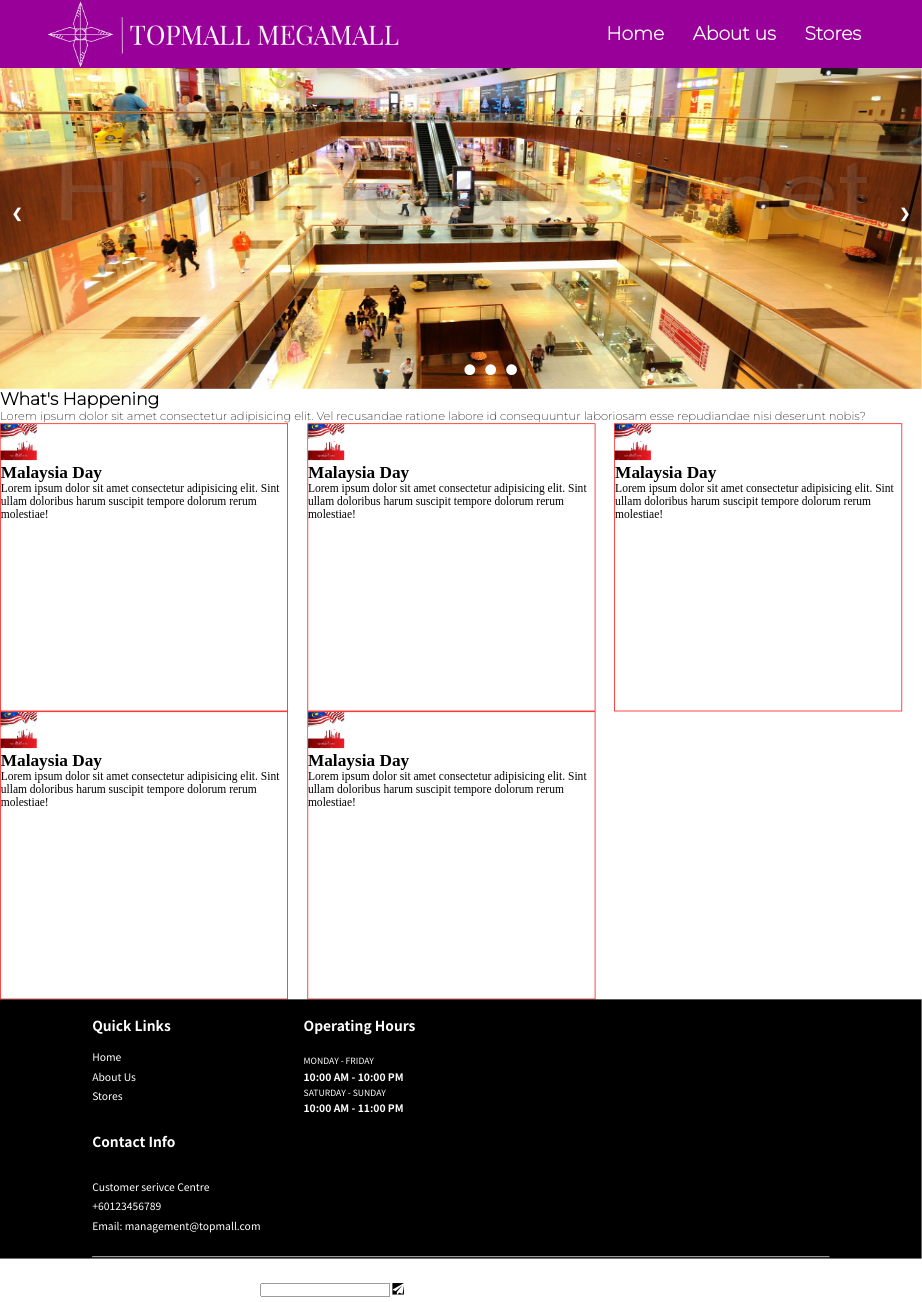
Repository: Jack0Bong/Web-Dev-Assignment
Page: index.html
The author's editor kept a copy of each file at every save. The page is drawn from the files as they stood at one save, then again after the next save.
The browser window is 1280 px wide. The pictures show the whole page, at 72% of full size.

Above is the page before, as saved 2021-09-02 01:38:05.

### index.html
<!DOCTYPE html>
<html lang="en">
    <head>
        <meta charset="UTF-8">
        <meta http-equiv="X-UA-Compatible" content="IE=edge">
        <meta name="viewport" content="width=device-width, initial-scale=1.0">
        <title>Topmall Megamall</title>

        <!-- fonts link -->
        <link href="https://fonts.googleapis.com/css2?family=Montserrat:wght@200&display=swap" rel="stylesheet">
        <link href="https://fonts.googleapis.com/css2?family=Pacifico&display=swap" rel="stylesheet">
        <link href="https://fonts.googleapis.com/css2?family=Caveat&family=Pacifico&display=swap" rel="stylesheet">
        <link href="https://fonts.googleapis.com/css2?family=Roboto&display=swap" rel="stylesheet">
        <link href="https://fonts.googleapis.com/css2?family=Poppins:wght@200&display=swap" rel="stylesheet">
        <link href="https://fonts.googleapis.com/css2?family=Noto+Sans+TC:wght@300&display=swap" rel="stylesheet">

        <!-- icon link -->
        <link rel="stylesheet" href="https://cdnjs.cloudflare.com/ajax/libs/font-awesome/4.7.0/css/font-awesome.min.css">

        <!-- style sheets link -->
        <link rel="stylesheet" href="css/navbar.css">
        <link rel="stylesheet" href="css/index.css">
    </head>
<body>
    <!-- navigation bar -->
    <nav class="nav">
        <img src="Assets/topmall-white.png" alt="Topmall" class="logo">
        <ul class="navlist">
            <!-- links added here -->
            <li><a href="" class="navlink">Home</a></li>
            <li><a href="" class="navlink">About us</a></li>
            <li><a href="" class="navlink">Stores</a></li>
        </ul>
    </nav>

    <!-- carousel with three images -->
    <section>
        <div class="carousel">

            <div class="slides fade">
                <img src="Assets/slide-one.jpg" alt="">
                <div class="slideText">Slide One</div>
            </div>

            <div class="slides fade">
                <img src="Assets/slide-two.jpg" alt="">
                <div class="slideText">Slide One</div>
            </div>

            <div class="slides fade">
                <img src="Assets/slide-three.jpg" alt="">
                <div class="slideText">Slide One</div>
            </div>

            <a onclick="slideController(-1)" class="prevslide">&#10094;</a>
            <a onclick="slideController(1)" class="nextslide">&#10095;</a>

            <div class="slidedot">
                <span onclick="dotController(1)" class="dot"></span>
                <span onclick="dotController(2)" class="dot"></span>
                <span onclick="dotController(3)" class="dot"></span>
            </div>

        </div>
    </section>

    <section class="events-section">
        <div class="event-title">
            <h1>What's Happening</h1>
            <span>Lorem ipsum dolor sit amet consectetur adipisicing elit. Vel recusandae ratione labore id consequuntur laboriosam esse repudiandae nisi deserunt nobis?</span>
        </div>

        <div class="card-view">

            <div class="card">
                <img src="Assets/event-one.jpg" alt="">
                <h2>Malaysia Day</h2>
                <span>Lorem ipsum dolor sit amet consectetur adipisicing elit. Sint ullam doloribus harum suscipit tempore dolorum rerum molestiae!</span>
            </div>
            <div class="card">
                <img src="Assets/event-one.jpg" alt="">
                <h2>Malaysia Day</h2>
                <span>Lorem ipsum dolor sit amet consectetur adipisicing elit. Sint ullam doloribus harum suscipit tempore dolorum rerum molestiae!</span>
            </div>
            <div class="card">
                <img src="Assets/event-one.jpg" alt="">
                <h2>Malaysia Day</h2>
                <span>Lorem ipsum dolor sit amet consectetur adipisicing elit. Sint ullam doloribus harum suscipit tempore dolorum rerum molestiae!</span>
            </div>
            <div class="card">
                <img src="Assets/event-one.jpg" alt="">
                <h2>Malaysia Day</h2>
                <span>Lorem ipsum dolor sit amet consectetur adipisicing elit. Sint ullam doloribus harum suscipit tempore dolorum rerum molestiae!</span>
            </div>
            <div class="card">
                <img src="Assets/event-one.jpg" alt="">
                <h2>Malaysia Day</h2>
                <span>Lorem ipsum dolor sit amet consectetur adipisicing elit. Sint ullam doloribus harum suscipit tempore dolorum rerum molestiae!</span>
            </div>

        </div>
    </section>


    <!-- footer element -->
    <footer>
        <div class="footer-upper">
            <div class="footer-content">
                <h1 class="footer-title">Quick Links</h1>
                <a href="">Home</a>
                <a href="">About Us</a>
                <a href="">Stores</a>
            </div>
            <div class="footer-content">
                <h1 class="footer-title">Operating Hours</h1>
                <span style="font-size: 0.75em;">MONDAY - FRIDAY</span>
                <h2>10:00 AM - 10:00 PM</h2>
                <span style="font-size: 0.75em;">SATURDAY - SUNDAY</span>
                <h2>10:00 AM - 11:00 PM</h2>
            </div>
            <div class="footer-content">
                <h1 class="footer-title">Contact Info</h1>
                <span>Customer serivce Centre</span>
                <a href="tel:0123456789">+60123456789</a>
                <a href="mailto:someone@example.com">Email: management@topmall.com</a>
            </div>
            <hr>
        </div>
        <div class="footer-lower">
            <div class="footer-email">
                <span style="color: white;">Sign up for Topmall Newsletter</span>
                <form action="" method="post"> <input type="email" name="" id=""> <button type="submit" style="background-color:black;border:none;font-size: 0.5em;"><i class="fa fa-paper-plane"></i></button> </form>
            </div>
            <div class="footer-social">
                <a href="" class="fa fa-facebook-square"></a>
                <a href="" class="fa fa-twitter-square"></a>
                <a href="" class="fa fa-youtube-square"></a>
                <a href="" class="fa fa-instagram"></a>
                <a href="" class="fa fa-reddit"></a>
            </div>
        </div>
    </footer>


    <script src="Js/navbar.js"></script>
    <script src="Js/carousel.js"></script>
</body>
</html>

### css/navbar.css
*{
    padding: 0px;
    margin: 0px;
    box-sizing: border-box;
}

body{
    min-height: 100vh;
    display: flex;
    flex-direction: column;
}


/* Navigation bar style */
nav{
    position: fixed;
    width: 100%;
    height: 13vh;
    display: flex;
    justify-content: space-between;
    transition: 0.3s ease-in-out;
    background-color: #990099;
    opacity: 80%;
    z-index: 999;
}

nav:hover{
    width: 100%;
    height: 13vh;
    opacity: 100%;
}

.shrink{
    height: 9vh;
    background-color: #990099;
}

.logo{
    padding-left: 5vw;
}

.navlist{
    display: flex;
    align-items: center;
    padding-right: 5vw;
}

.navlist li{
    list-style: none;
    padding: 0px 20px;
}

.navlink{
    position: relative;
    color: white;
    font-size: 26px;
    font-weight: 700;
    text-decoration: none;
    font-family: montserrat;
}

.navlink:hover {
    color: white;
}

.navlink::before {
    content: "";
    position: absolute;
    display: block;
    width: 100%;
    height: 2px;
    bottom: 0;
    left: 0;
    background-color: white;
    transform: scaleX(0);
    transition: transform 0.3s ease;
  }

.navlink:hover::before {
    transform: scaleX(1);
}

.navbar-padding{
    width: 100%;
    height: 13vh;
}


/* footer styling */
footer{
    margin-top: auto;
    background-color: black;
    height: 50vh;
}

.footer-upper{
    width: 80%;
    display: flex;
    flex-direction: row;
    justify-content: start;
    margin-left: 10%;
    flex-wrap: wrap;
}

.footer-content{
    display: flex;
    flex-direction: column;
    margin-top: 3vh;
    color: white;
    font-family: 'Noto Sans TC', sans-serif;
    margin-right: 18%;
}

.footer-title{
    margin-bottom: 15%;
    font-size: 1.2em;
}

.footer-content a{
    font-size: 0.9em;
    text-decoration: none;
    color: white;
    padding: 3px 0px 3px 0px;
}

.footer-content span{
    padding: 3px 0px 3px 0px;
    font-size: 0.9em;
    font-family: 'Noto Sans TC', sans-serif;
}

.footer-content h2{
    font-size: 0.9em;
}

.footer-upper hr{
    margin: 3% 0px 3% 0px;
    flex-basis: 100%;
    border: none;
    border-top: 0.1px solid white;
}

.footer-lower{
    width: 80%;
    display: flex;
    flex-direction: row;
    justify-content: space-between;
    margin-left: 10%;
    flex-wrap: wrap;
}

.footer-email{
    font-family: 'Noto Sans TC', sans-serif;
}

.footer-email form{
    display: inline;
    width: fit-content;
}


.footer-social a{
    text-decoration: none;
}

.fa{
    color: white;
    font-size: 2em;
}

### css/index.css
/* Carousel css */
.carousel{
    position: relative;
    width: 100%;
    height: 75vh;
}

.slides{
    display: none;
    width: 100%;
    height: 100%;
}

.slides img{
    width: 100%;
    height: 100%;
}

.prevslide,.nextslide{
    position: absolute;
    top: 50%;
    width: auto;
    padding: 16px;
    color: white;
    font-weight: bold;
    font-size: 18px;
    transition: 0.6s ease;
    border-radius: 0 3px 3px 0;
    user-select: none;
}

.nextslide{
    right: 0%;
    border-radius: 3px 0 0 3px;
}

.slideText{
    display: none;
}

.slidedot{
    position: absolute;
    bottom: 10px;
    display: inline;
    margin-left: 50%;
}

.dot{
    position: relative;
    cursor: pointer;
    height: 15px;
    width: 15px;
    margin: 5px;
    background-color: white;
    border-radius: 50%;
    display: inline-block;
    transition: background-color 0.6s ease;
}

.active, .dot:hover{
    background-color: #bbb;
}

.fade {
    -webkit-animation-name: fade;
    -webkit-animation-duration: 1.5s;
    animation-name: fade;
    animation-duration: 1.5s;
  }

@-webkit-keyframes fade {
from {opacity: .4}
to {opacity: 1}
}

@keyframes fade {
from {opacity: .4}
to {opacity: 1}
}

/* Events section styling */
.events-section{
    width: 100%;
}

.event-title{
    font-family: Montserrat;
}

.card-view{
    display: grid;
    grid-template-columns: repeat(3, 1fr);
    grid-auto-rows: auto;
}

.card{
    width: 400px;
    height: 400px;
    border: 1px solid red;
}

.card img{
    width: 50px;
    height: 50px;
}

### Js/navbar.js
window.addEventListener("scroll", (event) => {
    let scroll = this.scrollY;
    let navbar = document.querySelector('.nav');
    if(scroll >= 100){
        navbar.classList.add("shrink")
    }else{
        navbar.classList.remove("shrink");
    }
});

### Js/carousel.js
let slideIndex = 1;
displaySlide(slideIndex);


function slideController(n){
    displaySlide(slideIndex+= n)
}

function dotController(n){
    slideIndex = n;
    displaySlide(slideIndex);
}

function displaySlide(n){
    let slides = document.querySelectorAll(".slides");
    if(n > slides.length){ slideIndex = 1}
    if(n < 1){ slideIndex = 3}

    for(let i = 0; i < slides.length;i++){
        slides[i].style.display="none";
    }

    slides[slideIndex-1].style.display = "block";

}

After the next save:
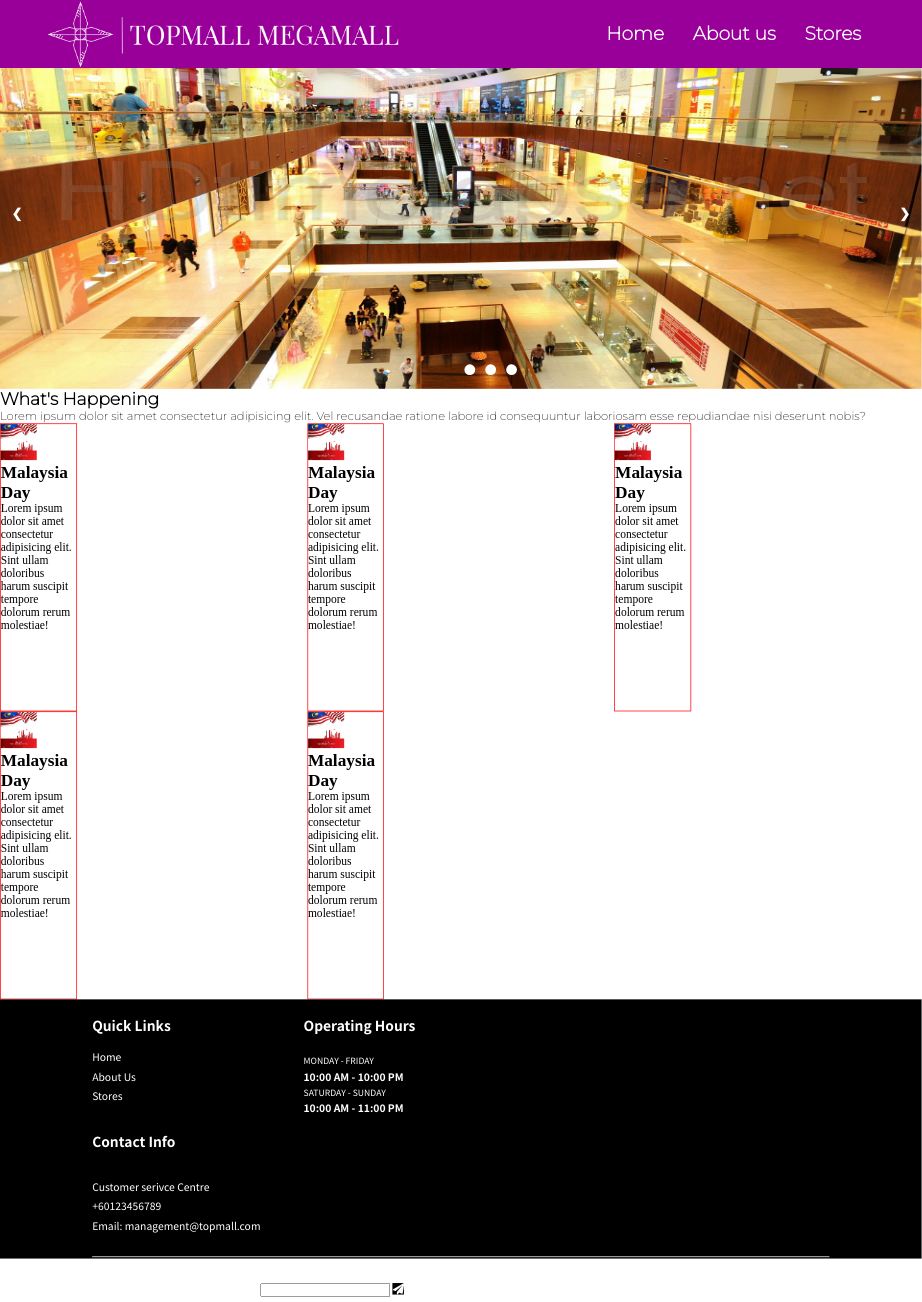
Saved 10 s later.
--- a/css/index.css
+++ b/css/index.css
@@ -94,7 +94,7 @@ to {opacity: 1}
 }
 
 .card{
-    width: 400px;
+    width: 25%;
     height: 400px;
     border: 1px solid red;
 }
